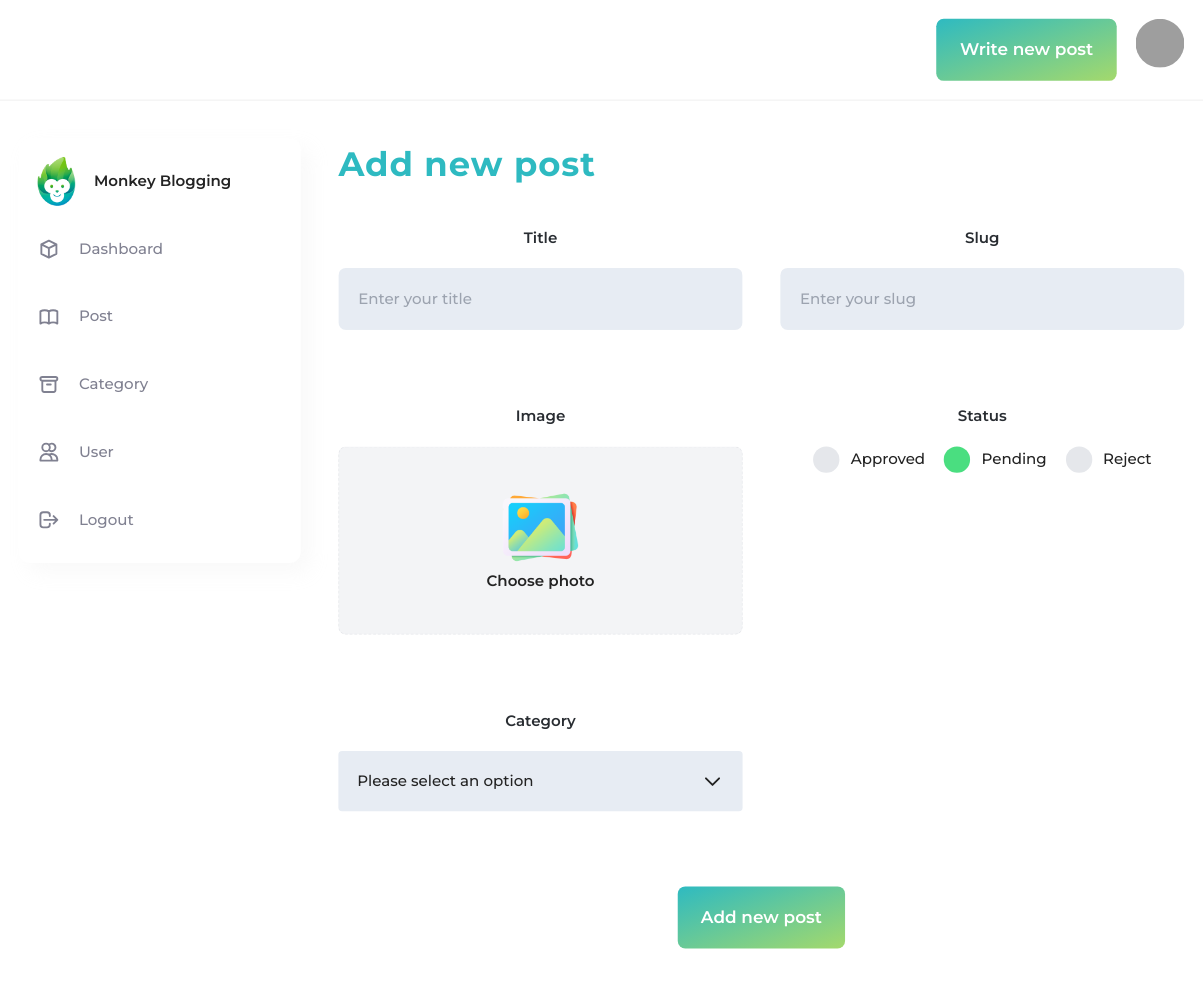
Repository: ThanhPhongsof/react-course-projects
Page: /manage/add-post (app in react-monkey-bloging/)
The author's editor kept a copy of each file at every save. The page is drawn from the files as they stood at one save, then again after the next save.
The browser window is 1280 px wide. The pictures show the whole page, at 94% of full size.
Pictures or frames that could not be fetched are drawn as grey boxes. The project was rebuilt for these pictures with package versions that can differ from the ones it lists, and the page was loaded fresh each time. Also part of the build but not shown: react-monkey-bloging/src/page/AuthenticationPage.js, react-monkey-bloging/src/components/icon/IconEyeOpen.js, react-monkey-bloging/src/components/icon/IconEyeClose.js, react-monkey-bloging/src/components/icon/index.js, react-monkey-bloging/src/components/input/InputPasswordToggle.js, react-monkey-bloging/src/page/SignUpPage.js, react-monkey-bloging/src/page/SignInPage.js, react-monkey-bloging/src/components/layout/Header.js and 21 more. Imported but missing from the stored project, and not drawn on this page: react-monkey-bloging/src/components/loading/LoadingSpinner, react-monkey-bloging/src/module/post/PostMeta.

Above is the page before, as saved 2022-05-09 12:11:25.

After the next save:
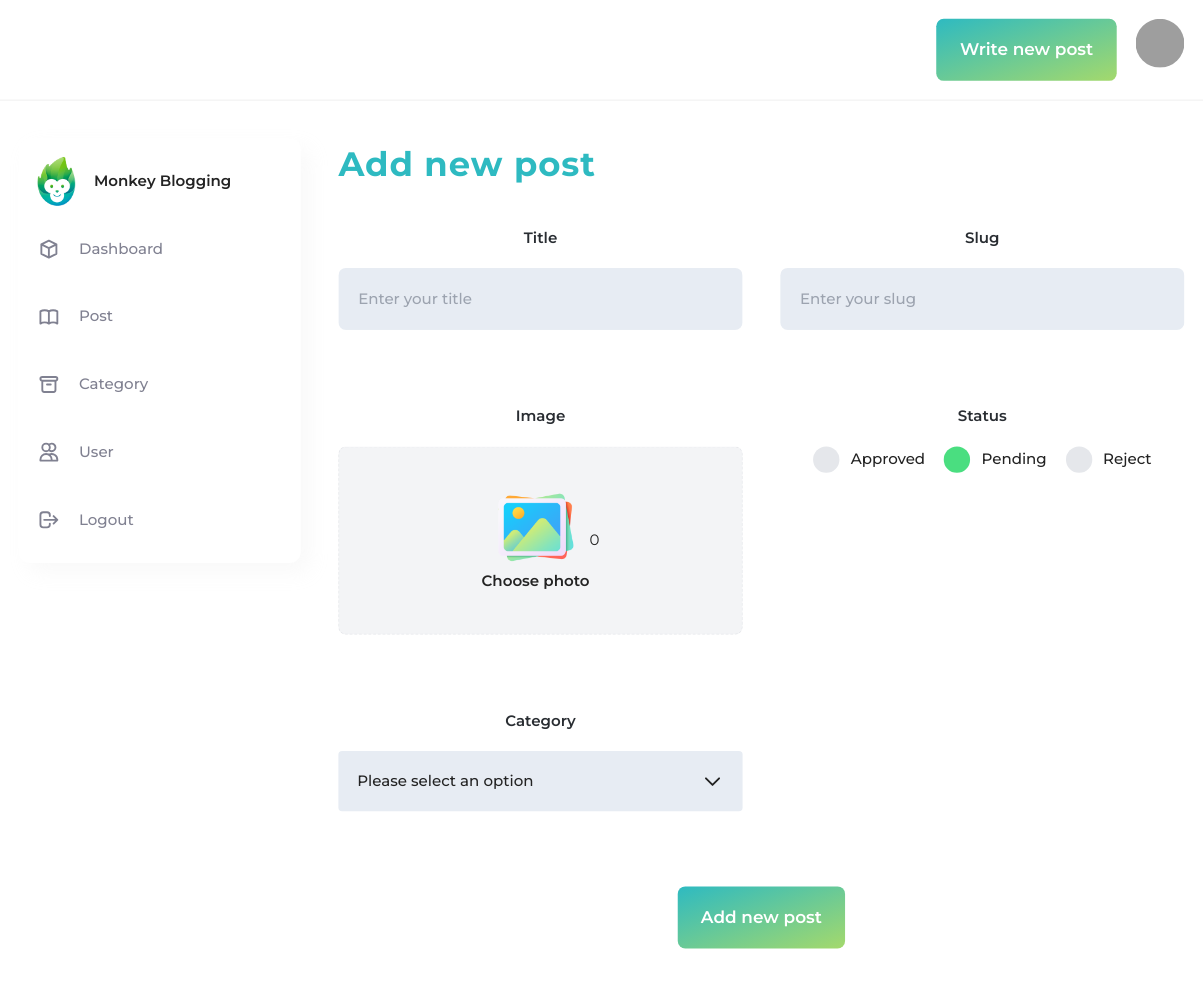
Saved 13 s later.
--- a/react-monkey-bloging/src/components/image/ImageUpload.js
+++ b/react-monkey-bloging/src/components/image/ImageUpload.js
@@ -39,6 +39,17 @@
       cursor: pointer;
       background-color: rgb(255 255 255 / 1);
       color: rgb(239 68 68);
+    }
+    &-loading {
+      width: 56px;
+      height: 56px;
+      border: 4px;
+      border-color: white;
+      border-color: rgb(34 197 94);
+      border-top-color: transparent;
+      position: absolute;
+      z-index: 10;
+      animation: spin 1s linear infinite;
     }
     &-none {
       max-width: 80px;
@@ -107,6 +118,7 @@
           <p className="image-choose">Choose photo</p>
         </div>
       )}
+      {progress && <div className="image-loading"></div>}
       {!image && (
         <div
           className="image-overlay image-upload-progress"

After the 3 saves that followed:
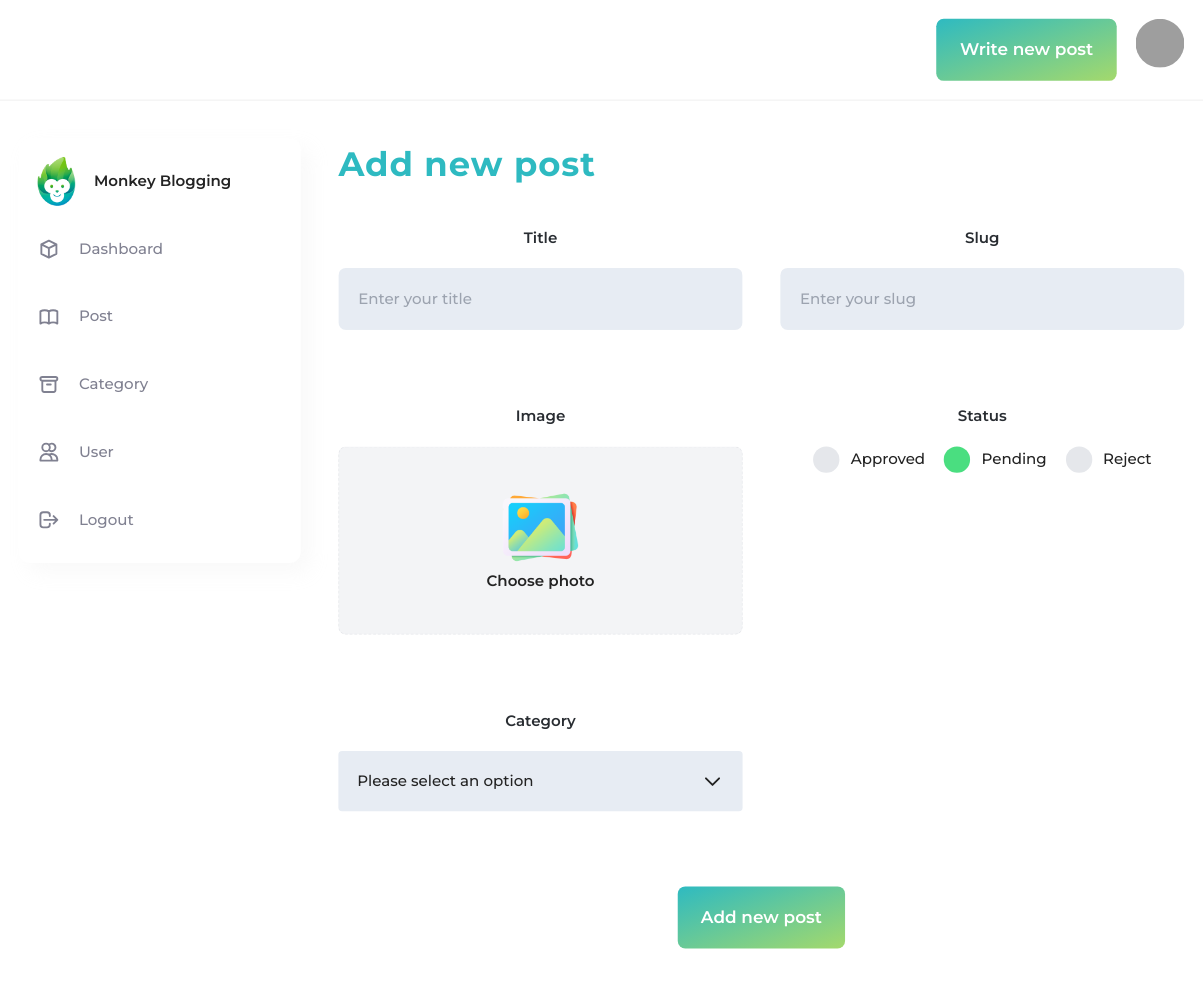
The 3 saves are shown as one change because 2 left the picture as it was.
The last was saved 83 s later.
--- a/react-monkey-bloging/src/components/image/ImageUpload.js
+++ b/react-monkey-bloging/src/components/image/ImageUpload.js
@@ -118,7 +118,6 @@
           <p className="image-choose">Choose photo</p>
         </div>
       )}
-      {progress && <div className="image-loading"></div>}
       {!image && (
         <div
           className="image-overlay image-upload-progress"
